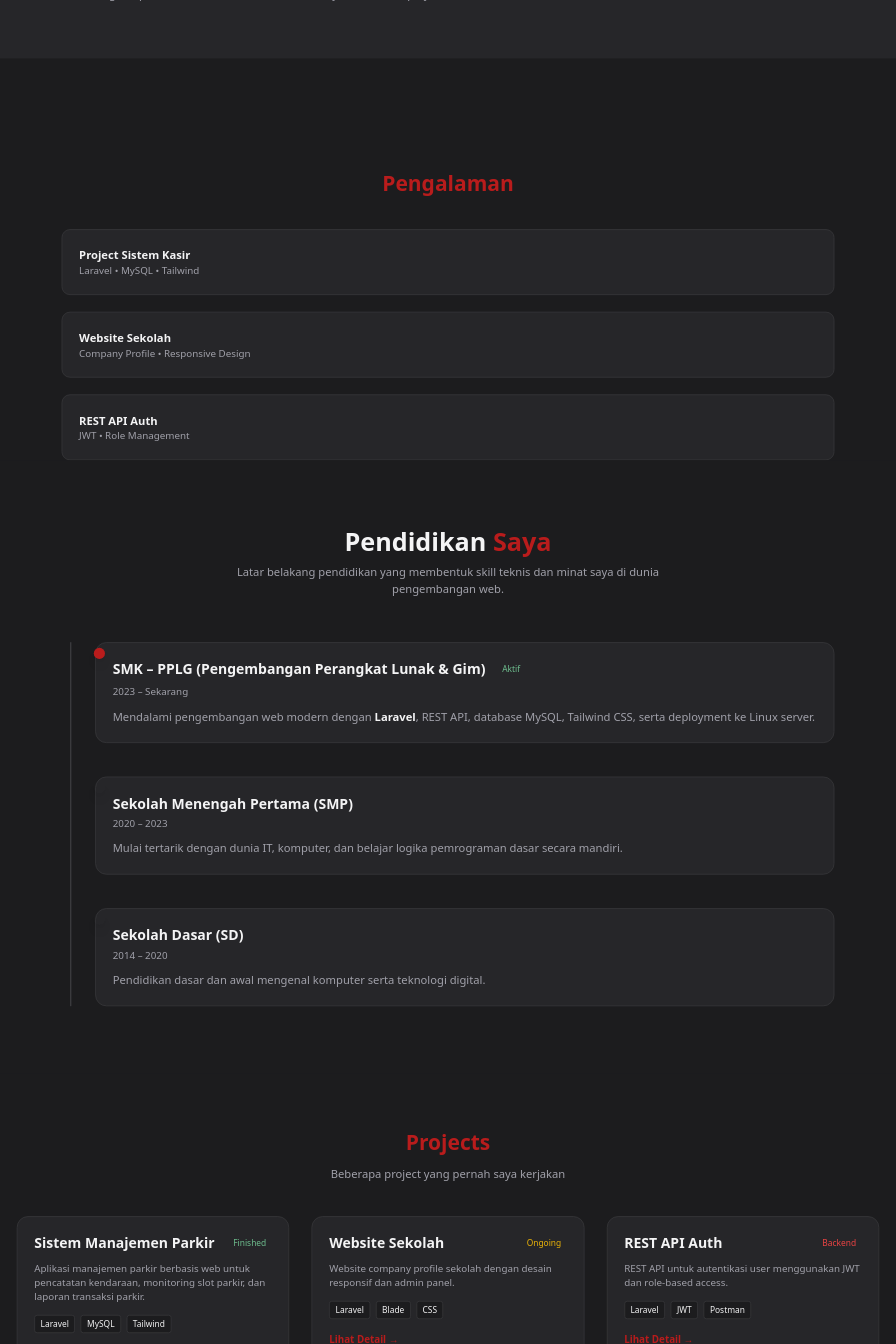
Repository: Fadlan079/Personal-Portfolio
Page: http://localhost/
These files come from the project's save history. The page is drawn as it stood at one moment and after the next save; the edit follows.
The browser window is 1280 px wide. The pictures show the part of the page from y = 908 to 2828 px (the page is 4636 px tall before and 4222 px after), at 70% of full size.
Some web libraries are served in a nearby version. The page is served by the project's Laravel application, run on PHP 8.4 with Laravel 12. Other server files are loaded and not shown.

Above is the page before, as saved 2026-01-15 09:12:17.

### routes/web.php
<?php

use Illuminate\Support\Facades\Route;
use App\Http\Controllers\ProjectController;

// Route::get('/', function () {
//     return view('welcome');
// });

Route::get('/', function () {
    return view('portofolio');
});

// Route::get('/project', function () {
//     return view('project');
// });

Route::get('/project', [ProjectController::class, 'index']);

### resources/views/portofolio.blade.php
<!DOCTYPE html>
<html lang="id">
<head>
  <meta charset="UTF-8" />
  <meta name="viewport" content="width=device-width, initial-scale=1.0" />
  <title>Portfolio | Fadlan</title>
  <script src="https://cdn.tailwindcss.com"></script>
  <link rel="stylesheet" href="https://cdnjs.cloudflare.com/ajax/libs/font-awesome/6.5.1/css/all.min.css"/>
  <script>
    tailwind.config = {
      theme: {
        extend: {
          colors: {
            bg: 'var(--color-bg)',
            surface: 'var(--color-surface)',
            border: 'var(--color-border)',
            text: 'var(--color-text)',
            muted: 'var(--color-muted)',
            primary: 'var(--color-primary)',
            success: 'var(--color-success)',
            danger: 'var(--color-danger)',
            warning: 'var(--color-warning)',
          }
        }
      }
    }
  </script>
  <style>
    :root {
      --color-bg: #1c1c1e;
      --color-surface: #262629;
      --color-border: #3a3a3d;
      --color-text: #f4f4f5;
      --color-muted: #a1a1aa;
      --color-primary: #b91c1c;
      --color-success: #6fbf8f;
      --color-danger:  #ef4444;
      --color-warning: #eab308;
    }

    html {
      scroll-behavior: smooth;
    }

* {
  scrollbar-width: thin;
  scrollbar-color: #ef4444 transparent;
}

::-webkit-scrollbar {
  width: 10px;
}

::-webkit-scrollbar-track {
  background: transparent;
}

::-webkit-scrollbar-thumb {
  background: linear-gradient(
    180deg,
    #ef4444,
    #dc2626
  );
  border-radius: 999px;
  border: 2px solid transparent;
  background-clip: content-box;
}

::-webkit-scrollbar-thumb:hover {
  background: linear-gradient(
    180deg,
    #f87171,
    #ef4444
  );
}

  </style>
</head>

<body class="bg-bg text-text">
  <header> @include('components.header') </header>
  <main>
    <section id="home" class="relative min-h-screen flex items-center px-6 overflow-hidden">  @include('sections.hero')</section>
    <section id="about" class="py-20 bg-surface"> @include('sections.about')</section>
    <section id="experience" class="py-20"> </section>
  </main>

  <div class="max-w-6xl mx-auto px-6">
    <h3 class="text-3xl font-bold mb-12 text-primary text-center">Pengalaman</h3>
    <div class="space-y-6">
      <div class="bg-surface border border-border rounded-xl p-6">
        <h4 class="font-semibold">Project Sistem Kasir</h4>
        <p class="text-muted text-sm">Laravel • MySQL • Tailwind</p>
      </div>
      <div class="bg-surface border border-border rounded-xl p-6">
        <h4 class="font-semibold">Website Sekolah</h4>
        <p class="text-muted text-sm">Company Profile • Responsive Design</p>
      </div>
      <div class="bg-surface border border-border rounded-xl p-6">
        <h4 class="font-semibold">REST API Auth</h4>
        <p class="text-muted text-sm">JWT • Role Management</p>
      </div>
    </div>
  </div>


<!-- Education -->
<section id="education" class="py-24 bg-bg">
  <div class="max-w-6xl mx-auto px-6">

    <!-- Heading -->
    <div class="mb-16 text-center">
      <h3 class="text-4xl font-extrabold">
        Pendidikan
        <span class="text-primary">Saya</span>
      </h3>
      <p class="text-muted mt-3 max-w-2xl mx-auto">
        Latar belakang pendidikan yang membentuk skill teknis
        dan minat saya di dunia pengembangan web.
      </p>
    </div>

    <!-- Timeline Wrapper -->
    <div class="relative pl-8 md:pl-12">

      <!-- Vertical Line -->
      <div class="absolute left-3 top-0 h-full w-[2px] bg-border"></div>

      <!-- Item -->
      <div class="relative mb-12">
        <!-- Dot -->
        <div class="absolute -left-[2px] top-2">
          <span
            class="block w-4 h-4 rounded-full bg-primary
                   shadow-lg shadow-primary/40">
          </span>
        </div>

        <!-- Card -->
        <div
          class="bg-surface border border-border rounded-2xl p-6
                 hover:-translate-y-1 transition"
        >
          <div class="flex flex-wrap items-center gap-3 mb-2">
            <h4 class="text-xl font-semibold">
              SMK – PPLG (Pengembangan Perangkat Lunak & Gim)
            </h4>
            <span
              class="text-xs px-3 py-1 rounded-full
                     bg-success/20 text-success"
            >
              Aktif
            </span>
          </div>

          <p class="text-sm text-muted mb-3">
            2023 – Sekarang
          </p>

          <p class="text-muted leading-relaxed">
            Mendalami pengembangan web modern dengan
            <strong class="text-text">Laravel</strong>,
            REST API, database MySQL, Tailwind CSS,
            serta deployment ke Linux server.
          </p>
        </div>
      </div>

      <!-- Item -->
      <div class="relative mb-12">
        <!-- Dot -->
        <div class="absolute -left-[2px] top-2">
          <span
            class="block w-4 h-4 rounded-full bg-primary/70
                   shadow-lg shadow-primary/30">
          </span>
        </div>

        <!-- Card -->
        <div
          class="bg-surface border border-border rounded-2xl p-6
                 hover:-translate-y-1 transition"
        >
          <h4 class="text-xl font-semibold mb-1">
            Sekolah Menengah Pertama (SMP)
          </h4>

          <p class="text-sm text-muted mb-3">
            2020 – 2023
          </p>

          <p class="text-muted leading-relaxed">
            Mulai tertarik dengan dunia IT, komputer,
            dan belajar logika pemrograman dasar secara mandiri.
          </p>
        </div>
      </div>

      <!-- Item -->
      <div class="relative">
        <!-- Dot -->
        <div class="absolute -left-[2px] top-2">
          <span
            class="block w-4 h-4 rounded-full bg-primary/40
                   shadow-lg shadow-primary/20">
          </span>
        </div>

        <!-- Card -->
        <div
          class="bg-surface border border-border rounded-2xl p-6
                 hover:-translate-y-1 transition"
        >
          <h4 class="text-xl font-semibold mb-1">
            Sekolah Dasar (SD)
          </h4>

          <p class="text-sm text-muted mb-3">
            2014 – 2020
          </p>

          <p class="text-muted leading-relaxed">
            Pendidikan dasar dan awal mengenal komputer
            serta teknologi digital.
          </p>
        </div>
      </div>

    </div>
  </div>
</section>


<!-- Projects -->
<section id="projects" class="py-20 bg-bg">
  <div class="max-w-7xl mx-auto px-6">
    <h3 class="text-3xl font-bold text-center mb-4 text-primary">Projects</h3>
    <p class="text-muted text-center mb-12">
      Beberapa project yang pernah saya kerjakan
    </p>

    <div class="grid md:grid-cols-3 gap-8">

<!-- Project Card -->
<div class="bg-surface border border-border rounded-2xl p-6 hover:-translate-y-2 transition">
  <div class="flex justify-between items-center mb-3">
    <h4 class="text-xl font-semibold">Sistem Manajemen Parkir</h4>
    <span class="text-xs px-2 py-1 rounded bg-success/20 text-success">
      Finished
    </span>
  </div>

  <p class="text-muted text-sm mb-4">
    Aplikasi manajemen parkir berbasis web untuk pencatatan kendaraan,
    monitoring slot parkir, dan laporan transaksi parkir.
  </p>

  <!-- Tech Stack -->
  <div class="flex flex-wrap gap-2 text-xs mb-4">
    <span class="px-2 py-1 bg-bg border border-border rounded">Laravel</span>
    <span class="px-2 py-1 bg-bg border border-border rounded">MySQL</span>
    <span class="px-2 py-1 bg-bg border border-border rounded">Tailwind</span>
  </div>

  <!-- Action -->
  <a href="https://github.com/Fadlan079/Sistem-Manajemen-Parkir.git" class="text-primary text-sm font-semibold hover:underline">
    Lihat Detail →
  </a>
</div>


      <!-- Project Card -->
      <div class="bg-surface border border-border rounded-2xl p-6 hover:-translate-y-2 transition">
        <div class="flex justify-between items-center mb-3">
          <h4 class="text-xl font-semibold">Website Sekolah</h4>
          <span class="text-xs px-2 py-1 rounded bg-warning/20 text-warning">
            Ongoing
          </span>
        </div>

        <p class="text-muted text-sm mb-4">
          Website company profile sekolah dengan desain responsif
          dan admin panel.
        </p>

        <div class="flex flex-wrap gap-2 text-xs mb-4">
          <span class="px-2 py-1 bg-bg border border-border rounded">Laravel</span>
          <span class="px-2 py-1 bg-bg border border-border rounded">Blade</span>
          <span class="px-2 py-1 bg-bg border border-border rounded">CSS</span>
        </div>

        <a href="#" class="text-primary text-sm font-semibold hover:underline">
          Lihat Detail →
        </a>
      </div>

      <!-- Project Card -->
      <div class="bg-surface border border-border rounded-2xl p-6 hover:-translate-y-2 transition">
        <div class="flex justify-between items-center mb-3">
          <h4 class="text-xl font-semibold">REST API Auth</h4>
          <span class="text-xs px-2 py-1 rounded bg-danger/20 text-danger">
            Backend
          </span>
        </div>

        <p class="text-muted text-sm mb-4">
          REST API untuk autentikasi user menggunakan JWT
          dan role-based access.
        </p>

        <div class="flex flex-wrap gap-2 text-xs mb-4">
          <span class="px-2 py-1 bg-bg border border-border rounded">Laravel</span>
          <span class="px-2 py-1 bg-bg border border-border rounded">JWT</span>
          <span class="px-2 py-1 bg-bg border border-border rounded">Postman</span>
        </div>

        <a href="#" class="text-primary text-sm font-semibold hover:underline">
          Lihat Detail →
        </a>
      </div>

    </div>
    <!-- Button Lihat Project Lengkap -->
    <div class="mt-16 flex justify-center">
    <a
        href="project"
        class="px-8 py-3 rounded-2xl
            bg-primary text-white font-semibold
            hover:bg-primary/90 transition
            shadow-lg shadow-primary/20"
    >
        Lihat Project Lebih Lengkap →
    </a>
    </div>

  </div>
</section>


<!-- Skills -->
<section id="skills" class="py-20 bg-surface">
  <div class="max-w-6xl mx-auto px-6">
    <h3 class="text-3xl font-bold mb-12 text-primary text-center">Skills & Bahasa</h3>

    <div class="grid md:grid-cols-3 gap-6 text-center">
      <div class="bg-bg border border-border rounded-xl p-6">
        <i class="fa-brands fa-laravel text-4xl text-primary mb-3"></i>
        <h4 class="font-semibold">Laravel</h4>
      </div>
      <div class="bg-bg border border-border rounded-xl p-6">
        <i class="fa-solid fa-database text-4xl text-primary mb-3"></i>
        <h4 class="font-semibold">MySQL</h4>
      </div>
      <div class="bg-bg border border-border rounded-xl p-6">
        <i class="fa-brands fa-linux text-4xl text-primary mb-3"></i>
        <h4 class="font-semibold">Linux Server</h4>
      </div>
      <div class="bg-bg border border-border rounded-xl p-6">
        <i class="fa-brands fa-html5 text-4xl text-warning mb-3"></i>
        <h4 class="font-semibold">HTML</h4>
      </div>
      <div class="bg-bg border border-border rounded-xl p-6">
        <i class="fa-brands fa-css3-alt text-4xl text-warning mb-3"></i>
        <h4 class="font-semibold">CSS / Tailwind</h4>
      </div>
      <div class="bg-bg border border-border rounded-xl p-6">
        <i class="fa-brands fa-js text-4xl text-warning mb-3"></i>
        <h4 class="font-semibold">JavaScript</h4>
      </div>
    </div>
  </div>
</section>

<!-- Contact -->
<section id="contact" class="py-24 bg-bg">
  <div class="max-w-5xl mx-auto px-6">

    <!-- Heading -->
    <div class="text-center mb-14">
      <h3 class="text-4xl font-extrabold mb-3">
        Kontak <span class="text-primary">Saya</span>
      </h3>
      <p class="text-muted max-w-2xl mx-auto">
        Tertarik kerja sama, project freelance, atau diskusi seputar web & Laravel?
        Hubungi saya melalui platform di bawah ini.
      </p>
    </div>

    <!-- Contact Cards -->
    <div class="grid sm:grid-cols-2 gap-6">

      <!-- Email -->
      <a href="mailto:fadlanfirdaus220@gmail.com"
         class="group bg-surface border border-border rounded-2xl p-6
                flex items-center gap-5
                hover:border-primary hover:-translate-y-1 transition">
        <div class="w-14 h-14 rounded-xl flex items-center justify-center
                    bg-primary/20 text-primary text-xl">
          <i class="fa-solid fa-envelope"></i>
        </div>
        <div>
          <p class="text-sm text-muted">Email</p>
          <p class="font-semibold group-hover:text-primary transition">
            fadlanfirdaus220@gmail.com
          </p>
        </div>
      </a>

      <!-- GitHub -->
      <a href="https://github.com/Fadlan079" target="_blank"
         class="group bg-surface border border-border rounded-2xl p-6
                flex items-center gap-5
                hover:border-primary hover:-translate-y-1 transition">
        <div class="w-14 h-14 rounded-xl flex items-center justify-center
                    bg-primary/20 text-primary text-xl">
          <i class="fa-brands fa-github"></i>
        </div>
        <div>
          <p class="text-sm text-muted">GitHub</p>
          <p class="font-semibold group-hover:text-primary transition">
            github.com/Fadlan079
          </p>
        </div>
      </a>

      <!-- Phone -->
      <a href="tel:082210732928"
         class="group bg-surface border border-border rounded-2xl p-6
                flex items-center gap-5
                hover:border-primary hover:-translate-y-1 transition">
        <div class="w-14 h-14 rounded-xl flex items-center justify-center
                    bg-primary/20 text-primary text-xl">
          <i class="fa-solid fa-phone"></i>
        </div>
        <div>
          <p class="text-sm text-muted">WhatsApp / Phone</p>
          <p class="font-semibold group-hover:text-primary transition">
            0822-1073-2928
          </p>
        </div>
      </a>

      <!-- Instagram -->
      <a href="https://instagram.com/fdln007" target="_blank"
         class="group bg-surface border border-border rounded-2xl p-6
                flex items-center gap-5
                hover:border-primary hover:-translate-y-1 transition">
        <div class="w-14 h-14 rounded-xl flex items-center justify-center
                    bg-primary/20 text-primary text-xl">
          <i class="fa-brands fa-instagram"></i>
        </div>
        <div>
          <p class="text-sm text-muted">Instagram</p>
          <p class="font-semibold group-hover:text-primary transition">
            @fdln007
          </p>
        </div>
      </a>

    </div>

    <!-- CTA -->
    <div class="text-center mt-16">
      <p class="text-muted mb-4">
        Siap berkolaborasi dan membangun aplikasi bersama?
      </p>
      <a href="mailto:fadlanfirdaus220@gmail.com"
         class="inline-block px-8 py-3 bg-primary text-white
                rounded-2xl font-semibold
                hover:opacity-90 transition shadow-lg shadow-primary/30">
        Hubungi Sekarang
      </a>
    </div>

  </div>
</section>


<!-- Footer -->
<footer class="relative border-t border-border bg-bg">
  <!-- Glow -->
  <div class="absolute inset-0 -z-10">
    <div class="absolute bottom-0 left-1/2 -translate-x-1/2
                w-[400px] h-[400px]
                bg-primary/20 blur-[120px] rounded-full"></div>
  </div>

  <div class="max-w-7xl mx-auto px-6 py-14 grid gap-10 md:grid-cols-3">

    <!-- Brand -->
    <div>
      <h3 class="text-xl font-bold text-primary mb-3">Fadlan.dev</h3>
      <p class="text-muted leading-relaxed">
        Full Stack Developer yang fokus pada pengembangan
        aplikasi web modern menggunakan Laravel,
        frontend responsif, dan backend yang scalable.
      </p>
    </div>

    <!-- Quick Links -->
    <div>
      <h4 class="font-semibold mb-4 text-text">Quick Links</h4>
      <ul class="space-y-2 text-muted text-sm">
        <li>
          <a href="#home" class="hover:text-primary transition">Home</a>
        </li>
        <li>
          <a href="#projects" class="hover:text-primary transition">Projects</a>
        </li>
        <li>
          <a href="#contact" class="hover:text-primary transition">Contact</a>
        </li>
      </ul>
    </div>

    <!-- Social -->
    <div>
      <h4 class="font-semibold mb-4 text-text">Connect</h4>
      <div class="flex gap-4">
        <a href="https://github.com/Fadlan079" target="_blank"
           class="w-10 h-10 rounded-xl border border-border
                  flex items-center justify-center
                  text-muted hover:text-primary hover:border-primary
                  transition">
          <i class="fa-brands fa-github"></i>
        </a>
        <a href="https://instagram.com/fdln007" target="_blank"
           class="w-10 h-10 rounded-xl border border-border
                  flex items-center justify-center
                  text-muted hover:text-primary hover:border-primary
                  transition">
          <i class="fa-brands fa-instagram"></i>
        </a>
        <a href="mailto:fadlanfirdaus220@gmail.com"
           class="w-10 h-10 rounded-xl border border-border
                  flex items-center justify-center
                  text-muted hover:text-primary hover:border-primary
                  transition">
          <i class="fa-solid fa-envelope"></i>
        </a>
      </div>
    </div>

  </div>

  <!-- Bottom -->
  <div class="border-t border-border text-center py-4 text-muted text-sm">
    © 2026 <span class="text-text font-semibold">Fadlan Firdaus</span>.
    Built with <span class="text-primary">Laravel</span> & Tailwind CSS.
  </div>
</footer>


</body>
</html>

### resources/views/components/header.blade.php
<nav class="fixed w-full bg-bg/80 backdrop-blur border-b border-border z-50">
  <div class="max-w-7xl mx-auto px-6 py-4 flex justify-between items-center">
    <h1 class="text-xl font-bold text-primary">Fadlan.dev</h1>
    <ul class="flex gap-6 text-sm">
      <li class="relative group">
        <a href="#home">Home</a>
        <span class="absolute left-0 -bottom-1 h-[2px] w-0 bg-primary transition-all group-hover:w-full"></span>
      </li>
      <li class="relative group">
        <a href="#about">About</a>
        <span class="absolute left-0 -bottom-1 h-[2px] w-0 bg-primary transition-all group-hover:w-full"></span>
      </li>
      <li class="relative group">
        <a href="#experience">Experience</a>
        <span class="absolute left-0 -bottom-1 h-[2px] w-0 bg-primary transition-all group-hover:w-full"></span>
      </li>
        <li class="relative group">
        <a href="#projects">Project</a>
        <span class="absolute left-0 -bottom-1 h-[2px] w-0 bg-primary transition-all group-hover:w-full"></span>
      </li>
      <li class="relative group">
        <a href="#skills">Skills</a>
        <span class="absolute left-0 -bottom-1 h-[2px] w-0 bg-primary transition-all group-hover:w-full"></span>
      </li>
      <li class="relative group">
        <a href="#contact">Contact</a>
        <span class="absolute left-0 -bottom-1 h-[2px] w-0 bg-primary transition-all group-hover:w-full"></span>
      </li>
    </ul>
  </div>
</nav>

### resources/views/sections/about.blade.php
<div class="max-w-6xl mx-auto px-6">
<h3 class="text-3xl font-bold mb-6 text-primary">Tentang Saya</h3>
<p class="text-muted leading-relaxed max-w-3xl">
    Saya pelajar SMK jurusan PPLG dengan minat besar di bidang
    <strong>Full Stack Development</strong>. Terbiasa membangun aplikasi
    Laravel, REST API, database MySQL, serta deployment ke server Linux.
</p>
</div>

Loaded but not shown: resources/views/sections/hero.blade.php (143 lines, source omitted)

After the next save:
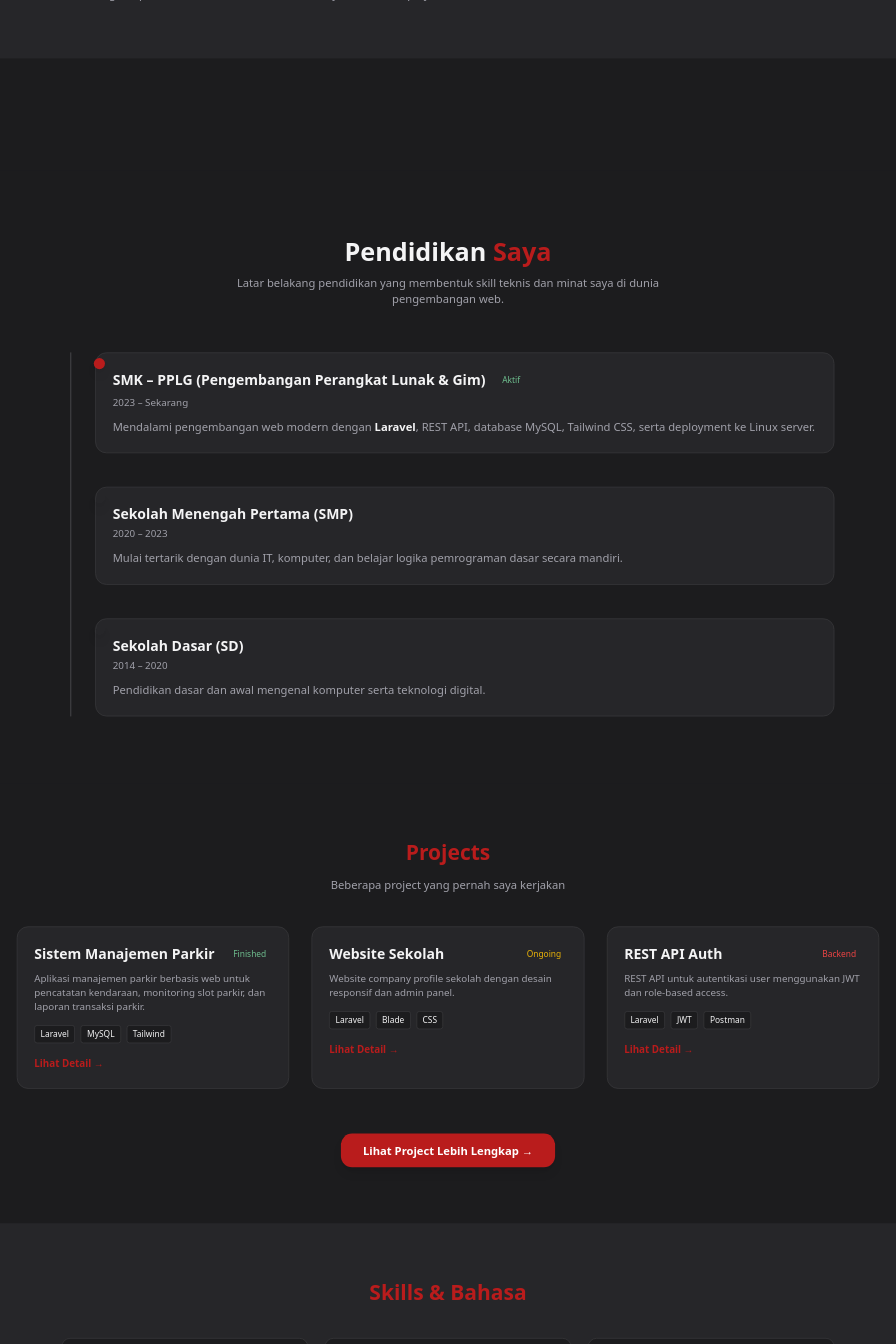
Saved 5 s later.
--- a/resources/views/portofolio.blade.php
+++ b/resources/views/portofolio.blade.php
@@ -85,25 +85,6 @@
     <section id="experience" class="py-20"> </section>
   </main>
 
-  <div class="max-w-6xl mx-auto px-6">
-    <h3 class="text-3xl font-bold mb-12 text-primary text-center">Pengalaman</h3>
-    <div class="space-y-6">
-      <div class="bg-surface border border-border rounded-xl p-6">
-        <h4 class="font-semibold">Project Sistem Kasir</h4>
-        <p class="text-muted text-sm">Laravel • MySQL • Tailwind</p>
-      </div>
-      <div class="bg-surface border border-border rounded-xl p-6">
-        <h4 class="font-semibold">Website Sekolah</h4>
-        <p class="text-muted text-sm">Company Profile • Responsive Design</p>
-      </div>
-      <div class="bg-surface border border-border rounded-xl p-6">
-        <h4 class="font-semibold">REST API Auth</h4>
-        <p class="text-muted text-sm">JWT • Role Management</p>
-      </div>
-    </div>
-  </div>
-
-
 <!-- Education -->
 <section id="education" class="py-24 bg-bg">
   <div class="max-w-6xl mx-auto px-6">
